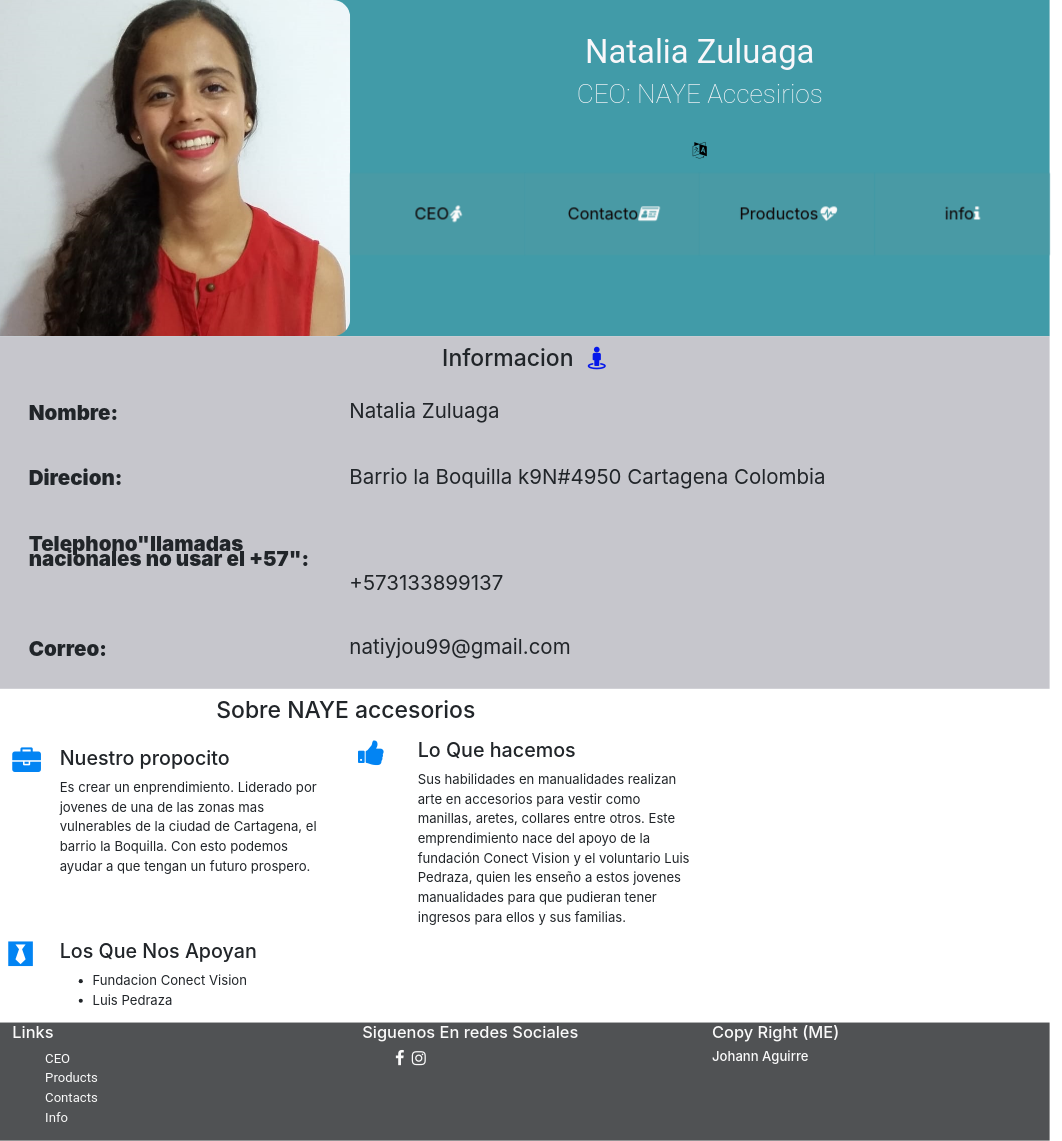
Repository: cachimiro/1-mile-stone-project
Page: index.html
The author's editor kept a record of every edit. The page is drawn from the files as they stood at one moment, then again after the next edit.
The browser window is 1280 px wide. The page is 1295 px wide, so the pictures cover 1295 px, including what lies to the right of the window. The pictures show the whole page, at 82% of full size.
Some web libraries are served in a nearby version.

Above is the page before.

### index.html
<!DOCTYPE html>
<html lang="es">

<head>
    <meta charset="UTF-8">
    <meta name="viewport" content="width=device-width, initial-scale=1.0">
    <meta http-equiv="X-UA-Compatible" content="ie=edge">
    <link rel="stylesheet" href="https://stackpath.bootstrapcdn.com/bootstrap/4.2.1/css/bootstrap.min.css" type="text/css" />
    <link rel="stylesheet" href="https://stackpath.bootstrapcdn.com/font-awesome/4.7.0/css/font-awesome.min.css" type="text/css" />
    <link rel="stylesheet" href="https://cdnjs.cloudflare.com/ajax/libs/hover.css/2.3.1/css/hover-min.css" type="text/css" />
    <link rel="stylesheet" href="css/style.css" type="text/css" />
    <title>NAYE accesirios</title>
</head>

<body>
    <header>
        <div class="row no-gutters">
            <a href="#" class="col-sm logo ">

            </a>

            <div class="col-md-8">
                <div class="row no-gutters">
                    <div class="col heading bg-color-name-title">
                        <h1 class="name">Natalia Zuluaga</h1>
                        <h2 class="title">CEO: NAYE Accesirios</h2>
                        <div class="dropdown">
                            <button class="dropbtn"><i class="fa fa-language"></i></button>
                            <div class="dropdown-content">
                                <a href="index-english.html">English</a>
                            </div>
                        </div>


                    </div>
                </div>
                <div class="row no-gutters inline-block">
                    <div class="col"></div>
                    <ul id="nav" class="list-inline menucontainer">
                        <li class="col-6 col-sm-3 ui-menu-color-ceo list-inline-item menuitem hvr-bounce-to-bottom">
                            <a href="#">CEO<i class="fa fa-ceo hvr-icon" aria-hidden="true"> <span><i class="fas fa-female"></i></span></i>  </a>
                        </li>
                        <li class="col-6 col-sm-3 ui-menu-color-contacto list-inline-item menuitem hvr-bounce-to-bottom">
                            <a href="contactos.html">Contacto<i class="fa fa-contact hvr-icon" aria-hidden="true"> <span><i class="far fa-id-card"></i></span></i>  </a>
                        </li>
                        <li class="col-6 col-sm-3 ui-menu-color-productos list-inline-item menuitem hvr-bounce-to-bottom">
                            <a href="productos.html"> Productos<i class="fa fa-crown hvr-icon" aria-hidden="true"> <span><i class="fas fa-heartbeat"></i></span></i>  </a>
                        </li>
                        <li class="col-6 col-sm-3 ui-menu-color-info list-inline-item menuitem hvr-bounce-to-bottom">
                            <a href="informacion.html">info<i class="fa fa-info hvr-icon" aria-hidden="true"></i>  </a>
                        </li>

                        </li>
                    </ul>

                </div>

            </div>
        </div>
    </header>
    <section class="container-fluid">
        <div class="row">
            <div class="col bg-color-personal-info section-column colour-of-infimacion">
                <div class="row">
                    <div class="col-12">
                        <h3 class="section-heading uppercase">Informacion <i class="fa fa-street-view"></i></h3>
                    </div>
                </div>
                 <div class="personal-info-item">
                    <div class="key">
                        <p class="uppercase">
                            Nombre:

                        </p>
                    </div>
                    <div class="value">
                        <p>
                            Natalia Zuluaga

                        </p>
                    </div>
                </div>
                <div class="personal-info-item">
                    <div class="key">
                        <p class="uppercase">
                            Direcion:

                        </p>
                    </div>
                    <div class="value">
                        <p>
                            Barrio la Boquilla k9N#4950 Cartagena Colombia

                        </p>
                    </div>
                </div>
                 <div class="personal-info-item">
                    <div class="key">
                        <p class="uppercase">
                            Telephono"llamadas nacionales no usar el +57":

                        </p>
                    </div>
                    <div class="value">
                        <p class="move-right">
                        +573133899137

                        </p>
                    </div>
                </div>
                 <div class="personal-info-item">
                    <div class="key">
                        <p class="uppercase">
                            Correo:

                        </p>
                    </div>
                    <div class="value">
                        <p>
                            natiyjou99@gmail.com

                        </p>
                    </div>
                </div>
            </div>

            <div class="row">
            <div class="col-md-8 bg-color-three-reasons section-column">
                <div class="row">
                    <div class="col">
                        <h3 class="section-heading uppercase">Sobre NAYE accesorios</h3>
                    </div>
                </div>
                    <div class="row">
                        <div class="col-10 offset-1 offset-sm-0 col-sm-4 col-md-6">
                            <div class="row">
                                <div class="col-2">
                                    <i class=" move-icon three-reasons-icon fa fa-briefcase" aria-hidden="true"></i>
                                </div>
                                <div class="col-10">
                                    <h4 class="three-reasons-heading uppercase add-padding">Nuestro  propocito</h4>
                                    <p> Es crear un enprendimiento. Liderado por jovenes
                                    de una de las zonas mas vulnerables de la ciudad de Cartagena,
                                    el barrio la Boquilla. Con esto podemos ayudar a que tengan un futuro prospero. </p>
                                </div>
                            </div>
                        </div>
                         <div class="col-10 offset-1 offset-sm-0 col-sm-4 col-md-6">
                            <div class="row">
                                <div class="col-2">
                                    <i class="three-reasons-icon fa fa-thumbs-up" aria-hidden="true"></i>
                                </div>
                                <div class="col-10">
                                    <h4 class="three-reasons-heading uppercase">Lo Que hacemos </h4>
                                    <p> Sus habilidades en manualidades realizan arte en accesorios para vestir
                                       como manillas, aretes, collares entre otros. Este emprendimiento
                                       nace del apoyo de la fundación Conect Vision y el voluntario Luis Pedraza,
                                       quien les enseño a estos jovenes manualidades para que pudieran tener ingresos
                                       para ellos y sus familias.</p>
                                </div>
                            </div>
                        </div>
                         <div class="col-10 offset-1 offset-sm-0 col-sm-4 col-md-6">
                            <div class="row">
                                <div class="col-2">
                                    <i class="move-icon-3 three-reasons-icon fa fa-black-tie" aria-hidden="true"></i>
                                </div>
                                <div class="col-10">
                                    <h4 class="three-reasons-heading uppercase">Los Que Nos Apoyan</h4>
                                    <ul>
                                        <li>Fundacion Conect Vision</li>
                                        <li class"add-padding-3">Luis Pedraza</li>
                                    </ul>
                                </div>
                            </div>
                        </div>

                    </div>

            </div>
        </div>
        </div>



    </section>



    <footer class="container-fluid">
        <div id="footer-detail" class="row">
            <div class="col-sm-4">
                <h5 class="uppercase general-sub">Links</h5>
                <p class="inline-block">
                    <ul class="links-footer">
                        <a href="#">
                            <li>
                                CEO
                            </li>
                        </a>
                         <a href="productos.html">
                            <li>
                                Products
                            </li>
                        </a>
                         <a href="contactos.html">
                            <li>
                                Contacts
                            </li>
                        </a>
                         <a href="informacion.html">
                            <li>
                                Info
                            </li>
                        </a>
                    </ul>
                </p>
            </div>
            <div class="col-sm-4">
                <h5 class="uppercase general-sub">Siguenos En redes Sociales</h5>
                <ul class="social-media-icons">
                    <li class="list-inline-item">
                        <a href="https://m.facebook.com/Nayeaccesorio/" target="_blank" class="">
                        <i class="fa fa-facebook" aria-hidden="true"></i>
                        <span class="sr-only">Facebook</span>
                        </a>
                    </li>
                    <li class="list-inline-item"></li>
                    <a href="https://www.instagram.com/nayeaccesorios/" target="_blank" class="">
                         <i class="fa fa-instagram" aria-hidden="true"></i>
                            <span class="sr-only">Instagram</span>
                            </a>
                    </li>
                </ul>
            </div>
             <div class="col-sm-4">
                <h5 class="uppercase general-sub"> Copy Right (ME)</h5>
                <h6>Johann Aguirre</h6>

            </div>
        </div>


    </footer>
</body>

</html>

### css/style.css
@import url('https://fonts.googleapis.com/css?family=Roboto+Slab&display=swap');
/*----------colours*/

header {
    margin: 0;
    background-color: #419ba8;
    color: #f9f7fa;


}

.bg-color-name-title {
    padding-top: 30px;
}


.ui-menu-color-ceo {
    background-color:#499aa5;
    transition: all .5s ease-in-out;
    -moz-transition: all .5s ease-in-out;
    -webkit-transition: all .5s ease-in-out;


}

.ui-menu-color-contacto {
    background-color: #499aa5;
    transition: all .5s ease-in-out;
    -moz-transition: all .5s ease-in-out;
    -webkit-transition: all .5s ease-in-out;

}

.ui-menu-color-productos {
    background-color: #499aa5;
    transition: all .5s ease-in-out;
    -moz-transition: all .5s ease-in-out;
    -webkit-transition: all .5s ease-in-out;

}

.ui-menu-color-info {
    background-color: #499aa5;
    transition: all .5s ease-in-out;
    -moz-transition: all .5s ease-in-out;
    -webkit-transition: all .5s ease-in-out;

}

/*---------------sosial links colors*/

.social-links i {
    color: black;
}

/*-------------------heading, decoration*/

.list-inline-item:not(:last-child) {
    margin: 0;
}

.bg-color-name-title {
    padding-top: 30px;
    font-family: "roboto", sans-serif;
    text-align: center;
}

.title {
    font-weight: 200;
    padding-bottom: 15px;
}

.name {
    font-weight: 400;
    padding-top: 10px;
}





i {
    color: #fafafa;

}

.inline-block {
    display: inline;
}

a {
    color: #0d0101;
}

a:hover {
    text-decoration: none;
    color: #fafafa;
}

.logo {
    background: url("../photo/natalia.jpg");
    background-position: center;
    background-repeat: no-repeat;
    background-size: cover;
    height: 410px;
    width: 370px;
    border-top-right-radius: 5%;
    border-bottom-right-radius: 5%;
    transition: all .5s ease-in-out;
    -moz-transition: all .10s ease-in-out;
    -webkit-transition: all .10s ease-in-out;
}

.menucontainer {
    font-size: 0;
}



#nav li {
    font-size: 20px;
    padding: 0;

}

.menuitem {
    line-height: 100px;
    text-align: center;

}


/*----------------drop down button*/

.dropbtn {
    background-color: transparent;
    color: #222020;
    padding: 16px;
    font-size: 12px;
    border: none;
}

.dropdown i {
    color: #000000;
    font-size: 20px;
}

.dropdown {
    position: static;
    display: inline-block;
    text-align: right;

}

.dropdown-content {
    display: none;
    position: absolute;
    background-color: #fafafa;
    min-width: 16px;
    box-shadow: 0px 8px 16px 0px rgba(0, 0, 0, 0.2);
    z-index: 1;
    border-radius: 20%;
}

.dropdown-content a {
    color: #000000;
    padding: 12px 16px;
    text-decoration: none;
    display: block;
}

.dropdown-content a:hover {
    background-color: #eb1e03;
    border-radius: 50%;


}

.dropdown:hover .dropdown-content {
    display: block;
}

.dropdown:hover .dropbtn {
    background-color: none;


}

/*-----------------------------section personal informtion informacion*/

.section-heading {
    padding: 10px;
    text-align: center;
}

.add-padding {
    padding-top: 10px;
}

.add-padding-3 {
    padding-bottom: 50px;
}

.move-icon {
    padding-left: 15px;
    padding-top: 10px;
}

.move-icon-3 {
    padding-left: 10px
}

.three-reasons-icon {
    color: #0284f3;
    font-size: 35px;

}

.colour-of-infimacion {
    background-color: #c6c6cc;
    line-height: 18px;

}


.personal-info-item {
    font-size: 25px;
    margin-bottom: 20px;
    padding: 20px;
    display: block;
    clear: both;

}

.col-md-4 {
    padding-right: 0;
}

.personal-info-item .key,
.personal-info-item .value {
    padding-right: 8px;
    display: inline-block;

}

.personal-info-item .key p,
.personal-info-item .value p {
    margin: 0;
}

.move-right {
    padding-top: 50px;
}

.personal-info-item .key {
    width: 30%;
    margin-right: 21px;
    padding-top: 2px;
    vertical-align: top;
}

.personal-info-item .key p {
    font-weight: 900;

}

.personal-info-item .value {
    position: relative;
    width: 60%;
}

/*----------------------------section icons*/

h3 i {
    color: #0517ea;
    padding-left: 10px;
}

/*---------------------footer links*/

.links-footer {
    font-family: "roboto", sans-serif;
    padding-right: 250px;



}

.links-footer li {
    color: #fafafa;
    text-decoration: none;
    list-style-type: none;
}

.links-footer li:hover {
    color: #e80c0c;


}

/*-----------------------footer*/

.social-media-icons i {
    color: #fafafa;
    text-align: center;
    font-size: 20px;


}

.social-media-icons i:hover {
    background-color: #e80c0c;
    border-radius: 50%;
    height: 30px;
    width: 30px;
    padding-top: 5px;
    transition-duration: 1s;



}

footer {
    background-color: #505254;
    margin: 0;
    color: #fafafa;


}




/*---------------------------------productos.html*/

/*------------------------------header*/

.productos-html {
    background: url("../photo/cano.jpg");
    background-repeat: none;
}

.bg-color-photo-section {
    background: url("../photo/cano.jpg");
    background-repeat: none;
}

.logo-2 {
    text-align: center;
    top: -56px;
    background-repeat: no-repeat;
    width: 280px;
    height: 280px;
    margin: 0px;
    padding: 0px;
    background-color: #499aa5;
    transition: all 2s ease-in-out;
    -moz-transition: all 2s ease-in-out;
    -webkit-transition: all 2s ease-in-out;
}


.nowrap {
    flex-wrap: wrap-reverse;
}

/*--------------------------------------------section*/

/*----------------------------------image*/

.photo-adjust {
    margin: 0;
    padding: 0;
    display: block;
    top: -21px;
    line-height: 20px;


}

.photo-1 {
    border-radius: 50%;
    -webkit-transition: border-radius 2s;
    transition: border-radius 2s;
}

.photo-1:hover {
    border-radius: 0;
    transition-duration: 1s;

}



.dropdown-links {
    line-height: 100px;
    text-align: center;

}

.dropbtn-links {
    top: -56px;
    padding: 0;
    margin: 0;
}

/*--------------------------hover image information*/

.font-style {
    color: #111111;
    font-family: "roboto", sans-serif;
    font-weight: 600;
    text-align: center;
    text-shadow: 2px 2px #28c7db;
    padding: 10px;
}

/*-------------------------drop-down-button-2*/

.dropdown-2 {
    position: static;
    right: -500px;
    top: 13;
    z-index: 1;

}

.dropbtn-2 {
    background-color: transparent;
    color: #222020;
    padding: 16px;
    font-size: 12px;
    border: none;
}

.dropdown-2 i {
    color: #222020;
    font-size: 20px;
}




.dropdown-content-2 {
    display: none;
    position: absolute;
    background-color: #fafafa;
    min-width: 16px;
    box-shadow: 0px 8px 16px 0px rgba(0, 0, 0, 0.2);
    z-index: 1;
    border-radius: 20%;
}

.dropdown-content-2 a {
    color: #000000;
    padding: 12px 16px;
    text-decoration: none;
    display: block;
}

.dropdown-content-2 a:hover {
    background-color: #eb1e03;
    border-radius: 50%;


}

.dropdown-2:hover .dropdown-content-2 {
    display: block;
}

.dropdown-2:hover .dropbtn-2 {
    background-color: #3fbec8;


}

/*------------------------------------contactos.html*/

.bg-color-lightblue {
    background-color: #fafafa;
}

.logo-3 {
    text-align: center;
    top: -56px;
    background-repeat: no-repeat;
    width: 200px;
    height: 200px;
    margin: 0px;
    padding: 0px;
    position: static;
    background-color: #499aa5;
    transition: all 2s ease-in-out;
    -moz-transition: all 2s ease-in-out;
    -webkit-transition: all 2s ease-in-out;
}

.menuitem-1 {
    line-height: 100px;
    text-align: center;
}

/*---------------------------------contact form*/

.contact-firm {
    text-align: center;
    font-size: 40px;
    font-weight: 200;
    font-family: "roboto", sans-serif;
    padding: 20px;
    color: #000000;

}

input[type=email] {
    width: 100%;
    border-radius: 4px;
    margin-bottom: 10px;
    padding: 10px;
    border: 1px solid #cccccc;
}

input[type=text],
select,
textarea {
    width: 100%;
    padding: 12px;
    border: 1px solid #cccccc;
    border-radius: 4px;
    box-sizing: border-box;
    margin-top: 6px;
    margin-bottom: 16px;
    resize: vertical;
}

input[type=submit] {
    background-color: #b84bff;
    color: #fafafa;
    padding: 12px 20px;
    border: none;
    border-radius: 4px;
    cursor: pointer;
}

input[type=submit]:hover {
    background-color: #5009ff;
}

.container-6 {
    border-radius: 5px;
    background-color: #cacaca;
    padding: 20px;
}

/*--------------------------------info.html*/

.progress {
    border-radius: 10px;
}

.progress-bar {
    background-color: #122a2f;
}

.info-header {
    background-color: #419ba8;
}

.logo-4 {
    text-align: center;
    top: -56px;
    background-repeat: no-repeat;
    width: 280px;
    height: 300px;
    margin: 0px;
    padding: 0px;
    position: static;
}

.menuitem-3 {
    line-height: 100px;
    text-align: center;
    display: static;
    top: -20px;
}

.colour-section {
    background-color: #fafafa;
    color: #000000;
}

/*------------------------------media querys*/

@media (max-width: 450px) {
    section {
        width: 100%;
        line-height: 25px;
    }
}



@media (max-width: 450px) {
    section .colour-of-infimacion {
        border-radius: 0;
    }
}

@media (max-width: 450px) {
    header .logo {
        border-radius: 0;
        width: 100%;
    }
}

@media (max-width: 450px) {
    header .menuitem {
        border-radius: 0;
    }

}
@media (max-width: 1300px){
    body{
        position: static;
    }
}

After the next edit:
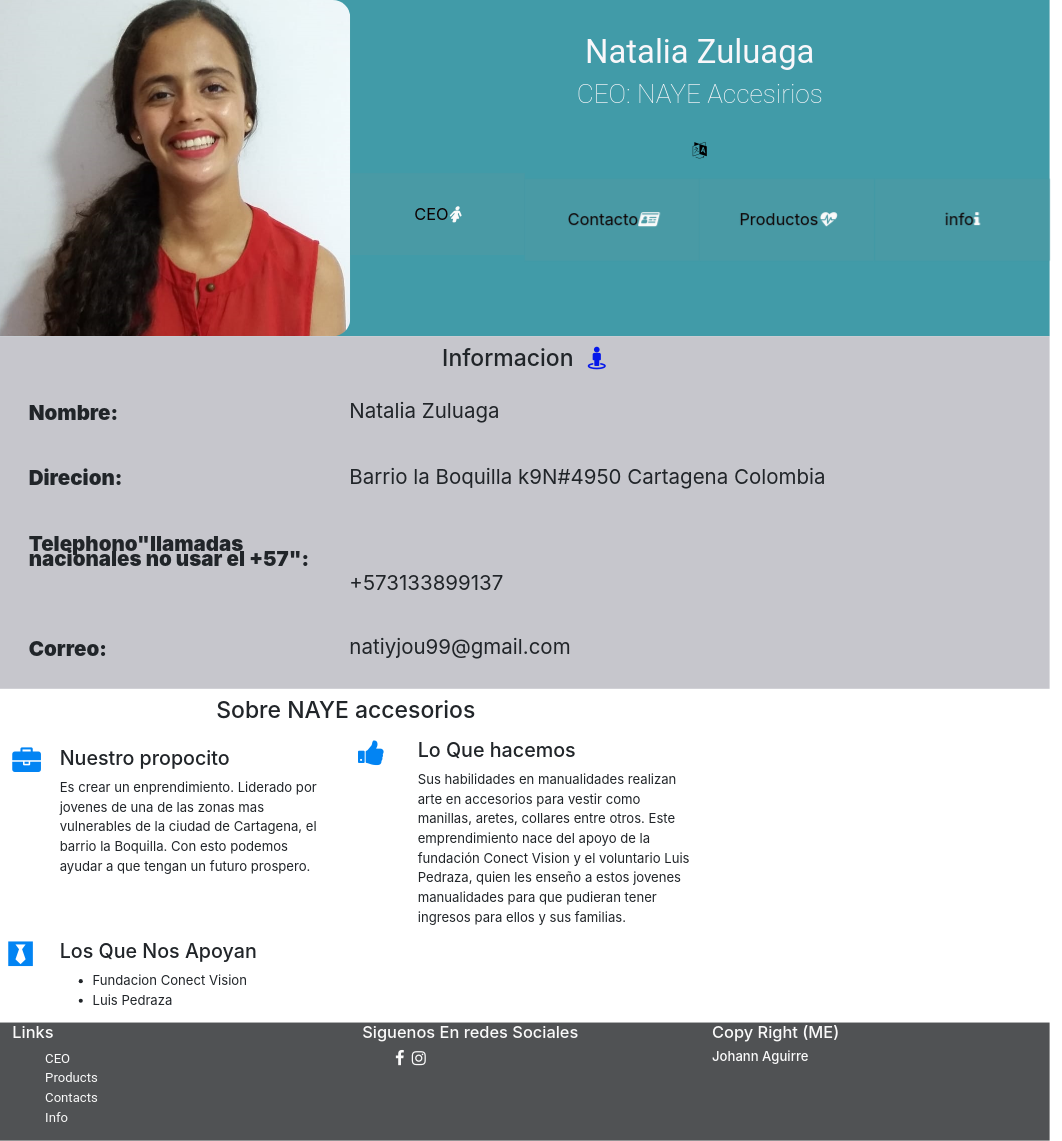
The edit:
--- a/index.html
+++ b/index.html
@@ -37,7 +37,7 @@
                 <div class="row no-gutters inline-block">
                     <div class="col"></div>
                     <ul id="nav" class="list-inline menucontainer">
-                        <li class="col-6 col-sm-3 ui-menu-color-ceo list-inline-item menuitem hvr-bounce-to-bottom">
+                        <li class="col-6 col-sm-3 ui-menu-color-ceo list-inline-item menuitem">
                             <a href="#">CEO<i class="fa fa-ceo hvr-icon" aria-hidden="true"> <span><i class="fas fa-female"></i></span></i>  </a>
                         </li>
                         <li class="col-6 col-sm-3 ui-menu-color-contacto list-inline-item menuitem hvr-bounce-to-bottom">
